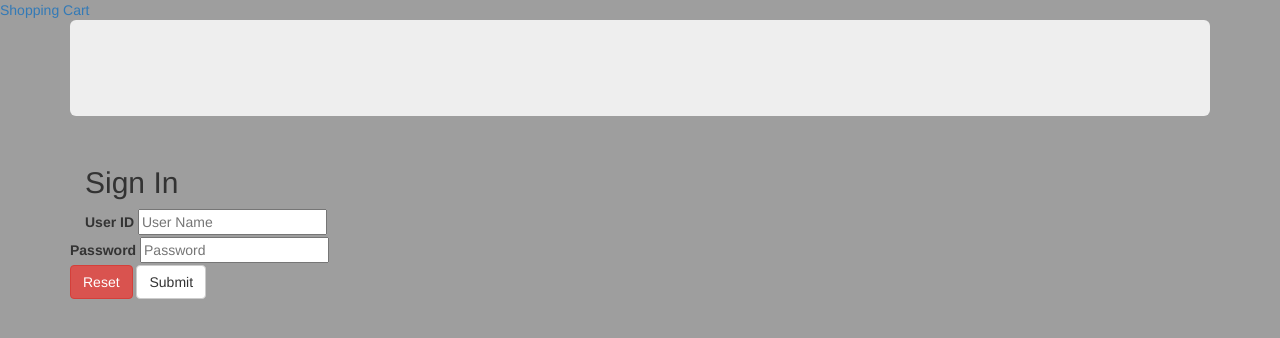
Repository: AravindMarshall/ShoppingCart
Page: http://localhost/Phineas/Login.jsp
An editor plug-in stored every save of this project. The page is shown before and after the next save, followed by the edit.
The browser window is 1280 px wide. The pictures show the whole page.
The page is served by Tomcat 9.

Above is the page before, as saved 2016-06-09 20:31:29.

After the next save:
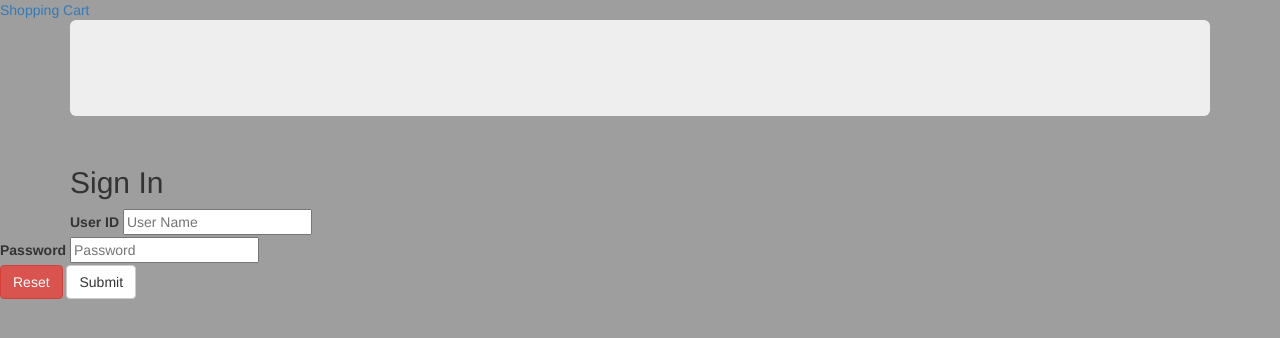
Saved 50 s later.
--- a/NIIT Shopping Cart/Phineas/WebContent/Login.jsp
+++ b/NIIT Shopping Cart/Phineas/WebContent/Login.jsp
@@ -16,8 +16,7 @@
 <form role="form">
 <div class="container">
 <div class="jumbotron">
-    <div class="navbar-header">
-<body background="F:\Sample Car pictures\Background Car.jpg">
+  <body background="F:\Sample Car pictures\Background Car.jpg">
       </div>
     </div>
 
